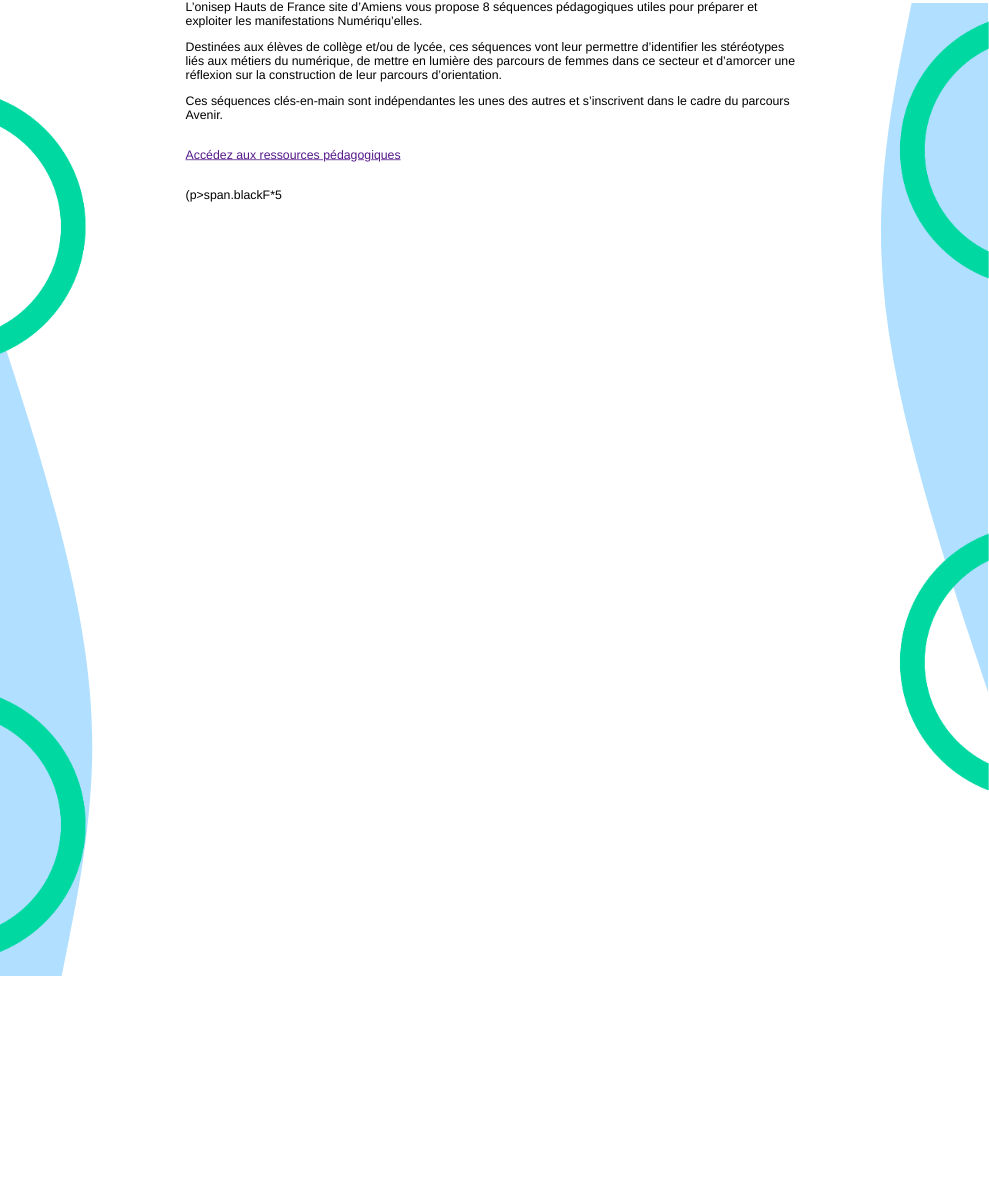
Repository: FrancisClerfayt/NumeriquElles
Page: preparation.html
An editor plug-in stored every save of this project. The page is shown before and after a run of saves, followed by the edit.
The browser window is 1280 px wide. The page is 1284 px wide, so the pictures cover 1284 px, including what lies to the right of the window. The pictures show the whole page, at 77% of full size.

Above is the page before, as saved 2020-10-27 15:58:11.

### preparation.html
<!DOCTYPE html>
<html lang="en">

<head>
    <meta charset="UTF-8">
    <meta name="viewport" content="width=device-width, initial-scale=1.0">
    <title>Aller plus loins</title>
    <link rel="stylesheet" href="preparation.css">
</head>

<body>
    <header></header>
    <section class="pagePeparation">
        <div class="backgroudImg">
            <img src="img/round-ConvertImage_gaitubao_369x121.png" alt="" class="imgLeftTop">
            <img src="img/wave.svg" alt="" class="imgLeftLong">
            <img src="img/round-ConvertImage_gaitubao_369x121.png" alt="" class="imgLeftBottom">
        </div>

        <div class="contenuePreparation">
          <p class="textHautP">L’onisep Hauts de France site d’Amiens vous propose 8 séquences pédagogiques utiles pour préparer et exploiter les manifestations Numériqu’elles.</p>
          <p class="textHautP">Destinées aux élèves de collège et/ou de lycée, ces séquences vont leur permettre d’identifier les stéréotypes liés aux métiers du numérique, de mettre en lumière des parcours de femmes dans ce secteur et d’amorcer une réflexion sur la construction de leur parcours d’orientation.</p>
          <p class="textHautP">Ces séquences clés-en-main sont indépendantes les unes des autres et s’inscrivent dans le cadre du parcours Avenir.</p>
            <img src="" alt="" class="imgHautP">
            <div class="greenBouton">
                <a href="">Accédez aux ressources pédagogiques</a>

            </div>
            <img src="" alt="" class="imgblue">
            <div class="textBottomP">
                <P class="blackF"></P>
                <P class="blackF"></P>
                (p>span.blackF*5
            </div>



        </div>


        <div class="backgroudImg">
            <img src="img/round-ConvertImage_gaitubao_369x121.png" alt="" class="imgRightTop">
            <img src="img/wave.svg" alt="" class="imgRightLong">
            <img src="img/round-ConvertImage_gaitubao_369x121.png" alt="" class="imgRightBottom">
        </div>
    </section>
    <footer></footer>
</body>

</html>

### preparation.css
*{
    margin: 0;
    padding:0

}

body {
    font-family:  Helvetica Neue ,Arial, Helvetica, sans-serif ;
    text-align: left;
}
p {
    margin-bottom: 1em;
}
.pagePeparation {
    display: flex;
    flex-direction: row;
}
/* les décroration de page commence */
.backgroudImg {
    display: flex;
    flex-direction: column;
    justify-content: flex-start;
}
.imgLeftTop,
.imgLeftBottom {
    transform: rotate(90deg);
    margin-left: -8em;
    padding-left: 0;
    margin-bottom: 26em;
    margin-top: 15em;

}
.imgLeftLong {
    transform: rotate(90deg);
    position: absolute;
    width: 70%;
    left: -23em;
    top: 45em;
    z-index: -2;
    opacity: .3;
}

.imgRightLong {
    transform: rotate(-90deg);
    position: absolute;
    width: 70%;
    right: -22em;
    top: 22em;
    z-index: -2;
    opacity: .3;
}


.imgRightTop,
.imgRightBottom {
    transform: rotate(-90deg);
    margin-right: -8em;
    padding-left: 0;
    margin-bottom: 26em;
    margin-top: 8em;
    z-index: 2;
}
.imgCentreBottom {
    transform: rotate(180deg);
    margin-right: 5em;
    z-index: -1;
    margin-top: 0;
}
/* les décroration de page fini */

/*
.telecharge > a {
    background-color: #62D3A4;
    border-radius: 2em;
    color: beige;
    text-align: center;
    margin: 1.5em auto;
    padding: 1em;
    text-decoration: none;
} */

After the next 4 saves:
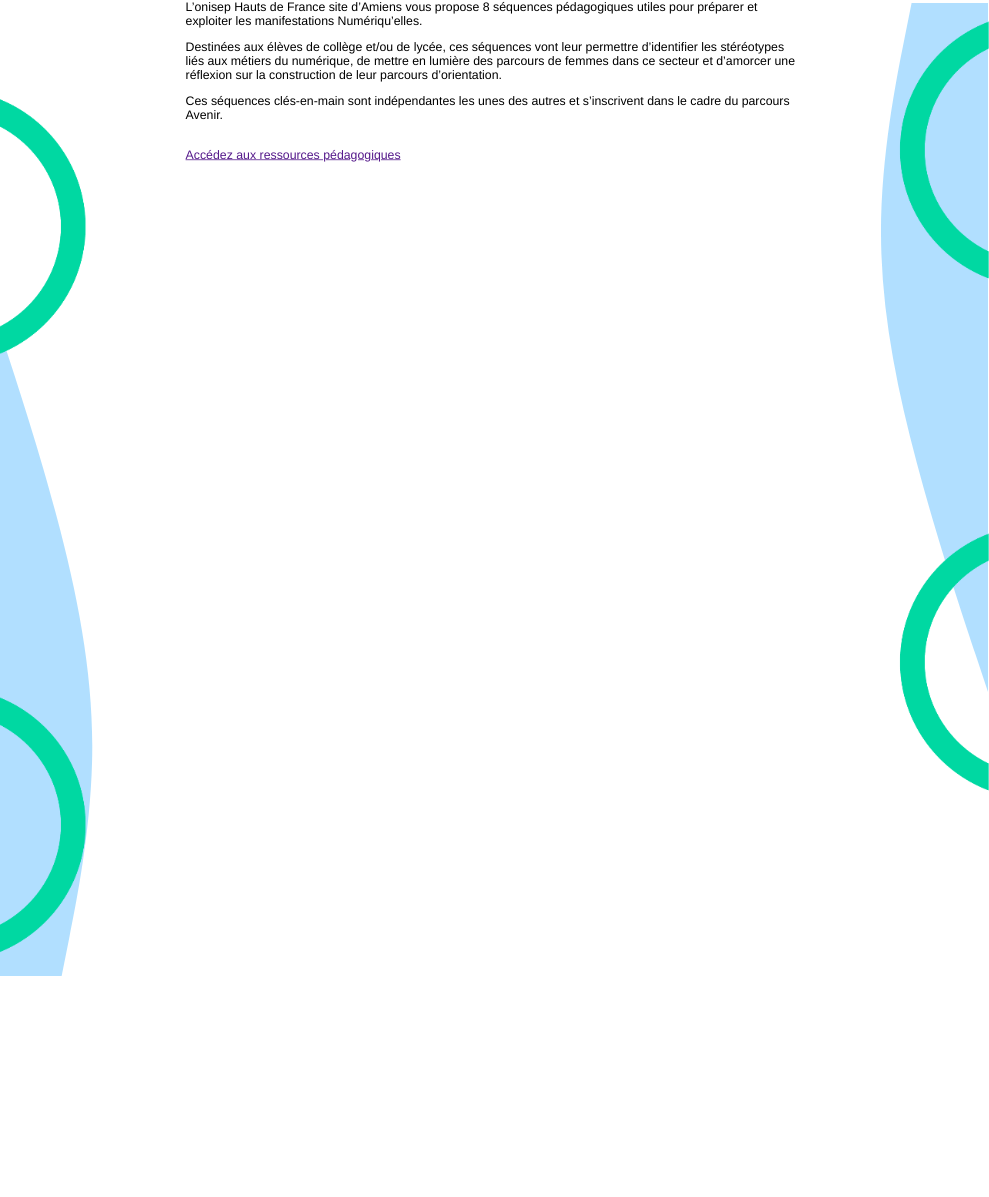
The 4 saves are shown as one change because they came seconds apart.
The last was saved 9 s later.
--- a/preparation.html
+++ b/preparation.html
@@ -30,7 +30,11 @@
             <div class="textBottomP">
                 <P class="blackF"></P>
                 <P class="blackF"></P>
-                (p>span.blackF*5
+                <p><span class="blackF"></span></p>
+                <p><span class="blackF"></span></p>
+                <p><span class="blackF"></span></p>
+                <p><span class="blackF"></span></p>
+                <p><span class="blackF"></span></p>
             </div>
 
 
